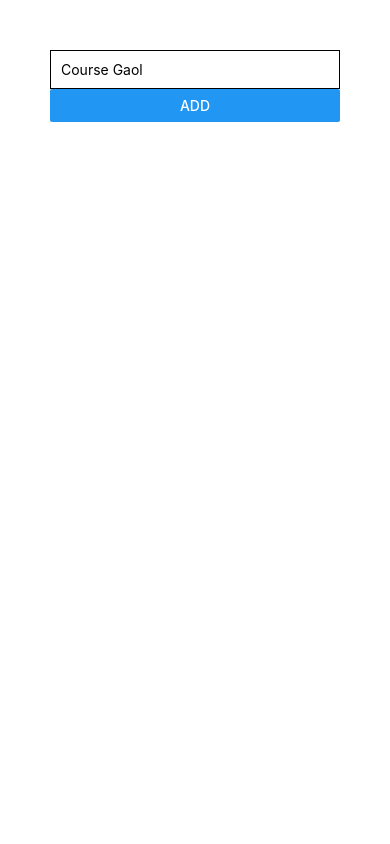
Repository: Zolds403/ReactNativePractice
Screen: /
The author's editor kept a copy of each file at every save. The screen is drawn from the files as they stood at one save, then again after the next save.
The app was drawn by React Native's web renderer in a window 390 px wide. The project was rebuilt for these pictures with package versions that can differ from the ones it lists, and the page was loaded fresh each time.

Above is the screen before, as saved 2021-07-19 20:23:51.

After the next save:
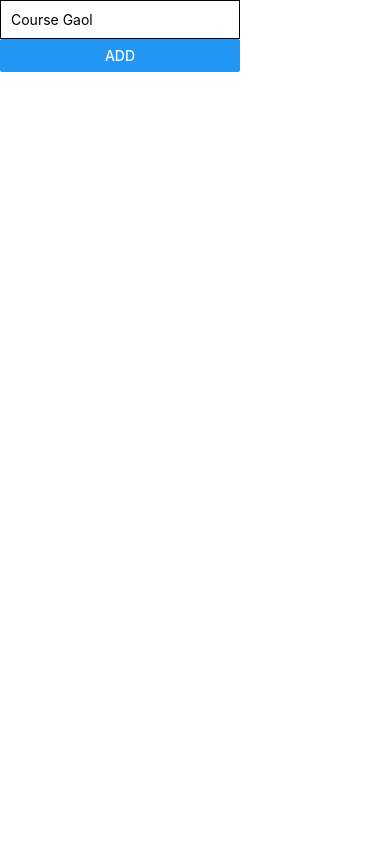
Saved 40 s later.
--- a/App.js
+++ b/App.js
@@ -4,7 +4,7 @@ import { StyleSheet, Text, View, TextInput, Button } from 'react-native';
 
 export default function App() {
   return (
-    <View style={{ padding: 50 }}>
+    <View style={{flexDirection : 'row'}}>
       <View>
         <TextInput placeholder="Course Gaol" style={{borderColor: 'black', borderWidth: 1, padding: 10 }}/>
         <Button title="ADD" />
